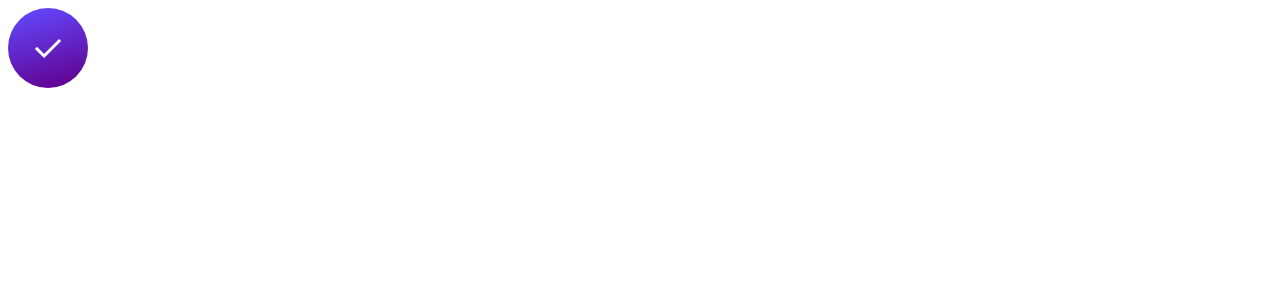
Repository: Abhi2359/frontendchallenge-1
Page: /
These files come from the project's save history. The page is drawn as it stood at one moment and after a run of saves; the edit follows.
The browser window is 1280 px wide. The pictures show the whole page.
The project was rebuilt for these pictures with package versions that can differ from the ones it lists, and the page was loaded fresh each time. Also part of the build but not shown: src/components/Cards/Card1.css, src/components/Cards/Card1.js, src/components/Cards/Card2.css, src/components/Cards/Card2.js, src/components/Layout/layout.css, src/components/Layout/Layout.js.

Above is the page before, as saved 2023-02-15 17:06:30.

After the next 9 saves:
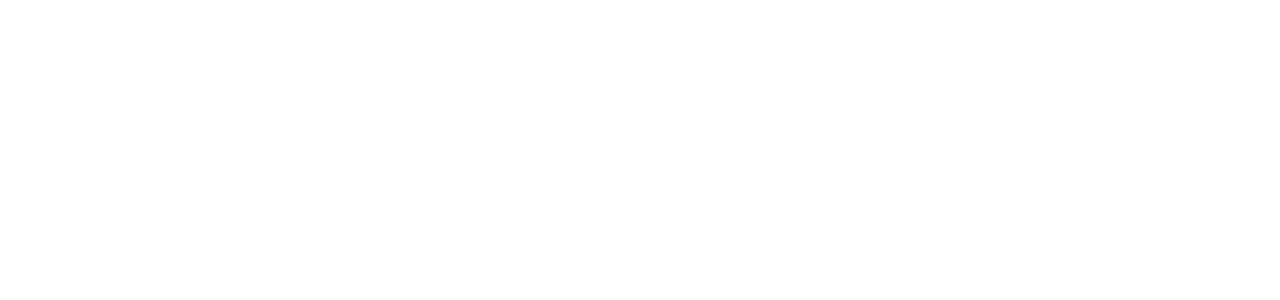
The 9 saves are shown as one change because 2 did not build or start and some came seconds apart.
The last was saved 44 s later.
--- a/src/components/Add/Compelete.js
+++ b/src/components/Add/Compelete.js
@@ -3,7 +3,9 @@
 
 function Compelete() {
   return (
-    <div><Add/></div>
+    <div class="Complete">
+
+    </div>
   )
 }
 

After the 3 saves that followed:
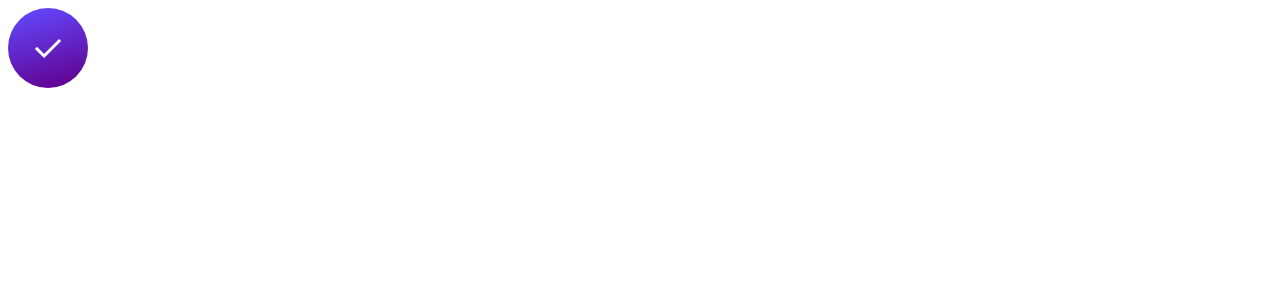
The 3 saves are shown as one change because 1 left the picture as it was and some came seconds apart.
The last was saved 19 s later.
--- a/src/components/Add/Compelete.js
+++ b/src/components/Add/Compelete.js
@@ -4,6 +4,9 @@
 function Compelete() {
   return (
     <div class="Complete">
+      <div class="icon">
+        <Add/>
+      </div>
 
     </div>
   )
